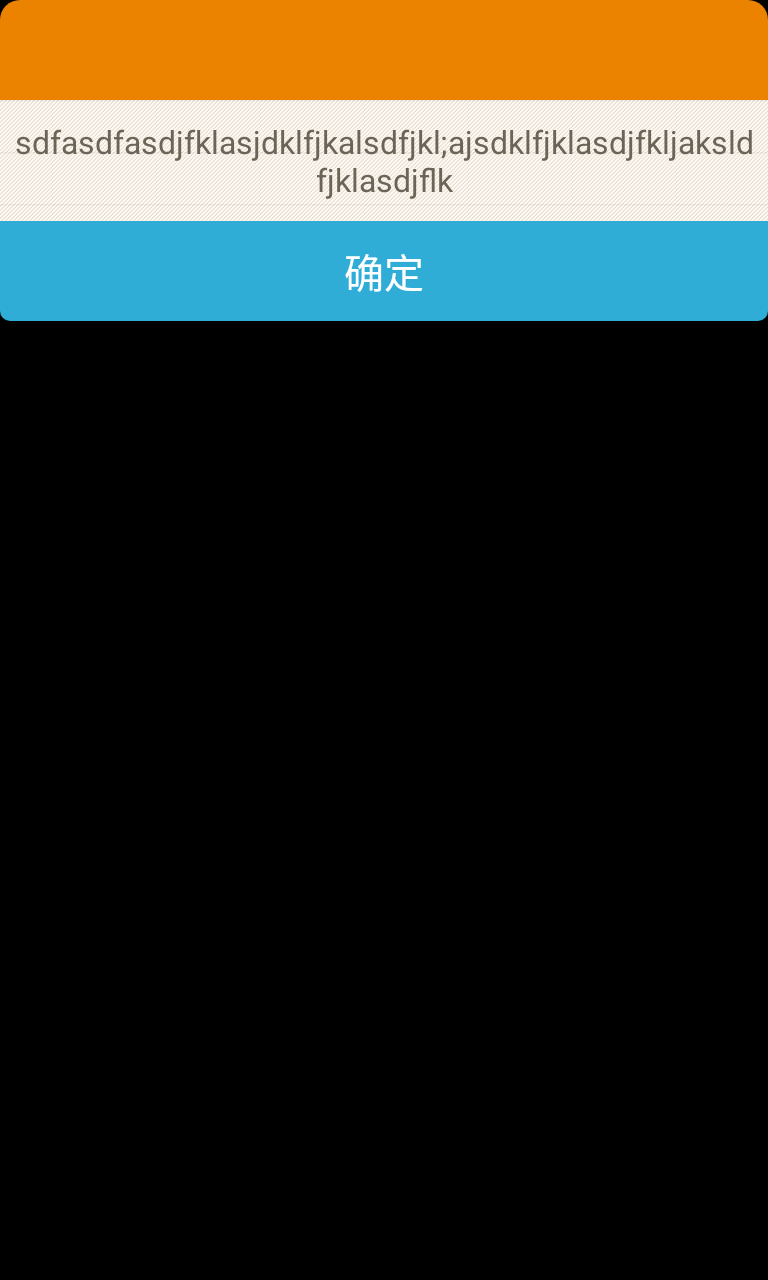
Repository: appleseedez/rongmeme-android
Layout: rmm/res/layout/new_msg_dialog.xml
An editor plug-in stored every save of this project. The layout is shown before and after a run of saves, followed by the edit.
It is drawn on a 768 x 1280 px phone screen (xhdpi) without system bars, with theme AppTheme; the app's code is not run.

Above is the layout before, as saved 2014-06-25 13:08:06.

After the next 2 saves:
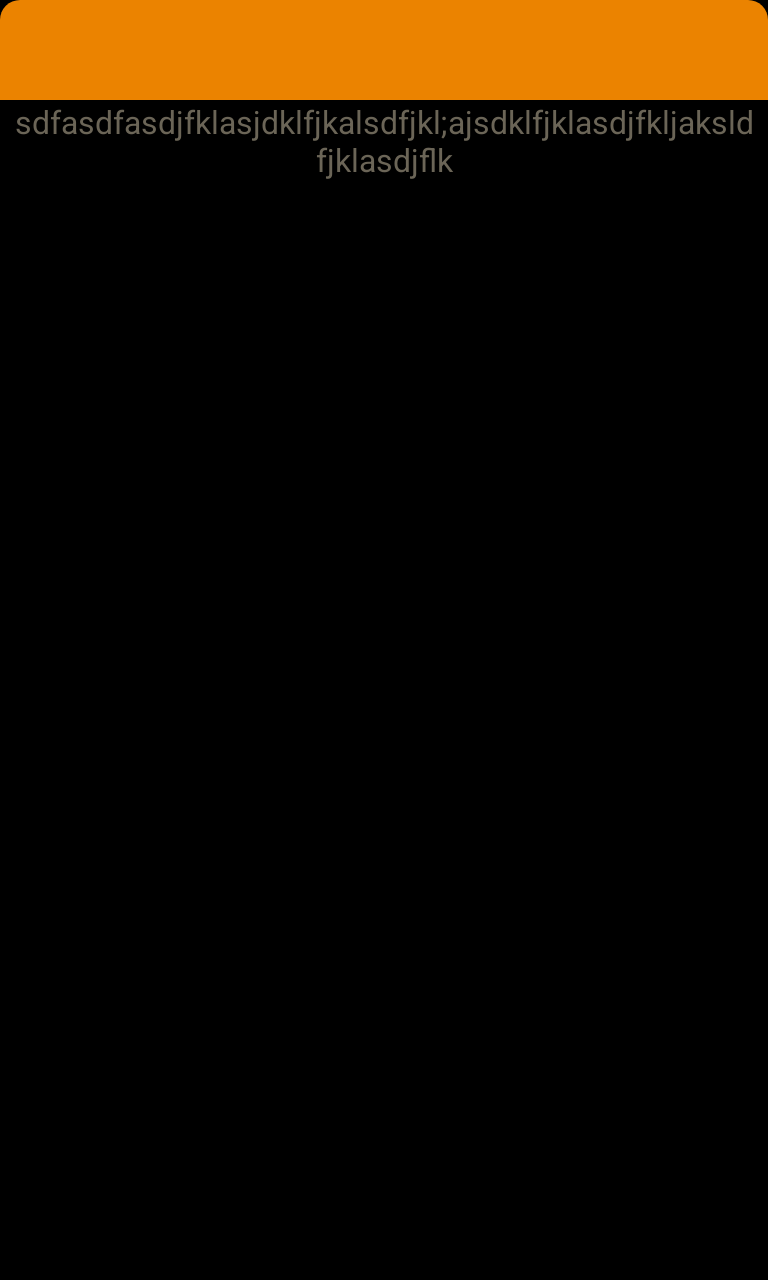
The 2 saves are shown as one change because they came seconds apart.
The last was saved 92 s later.
--- a/rmm/res/layout/new_msg_dialog.xml
+++ b/rmm/res/layout/new_msg_dialog.xml
@@ -30,49 +30,16 @@
 
     <!-- 内容区 -->
 
-    <ScrollView
-        android:layout_width="match_parent"
+    <TextView
+        android:id="@+id/nmd_msg_content_textview"
+        android:layout_width="wrap_content"
         android:layout_height="wrap_content"
-        android:scrollbars="vertical" >
-
-        <LinearLayout
-            android:layout_width="fill_parent"
-            android:layout_height="wrap_content"
-            android:background="@drawable/allbg"
-            android:gravity="center_horizontal"
-            android:orientation="vertical" >
-
-            <View
-                android:layout_width="match_parent"
-                android:layout_height="10dp"
-                android:background="@null" />
-
-            <TextView
-                android:id="@+id/nmd_msg_content_textview"
-                android:layout_width="wrap_content"
-                android:layout_height="wrap_content"
-                android:layout_marginLeft="5dp"
-                android:layout_marginRight="5dp"
-                android:gravity="center"
-                android:singleLine="false"
-                android:text="sdfasdfasdjfklasjdklfjkalsdfjkl;ajsdklfjklasdjfkljaksldfjklasdjflk"
-                android:textColor="@color/R144G140B131"
-                android:textSize="16sp" />
-
-            <View
-                android:layout_width="match_parent"
-                android:layout_height="10dp"
-                android:background="@null" />
-        </LinearLayout>
-    </ScrollView>
-
-    <Button
-        android:id="@+id/nmd_dialog_button_ok"
-        android:layout_width="match_parent"
-        android:layout_height="50dp"
-        android:background="@drawable/shape_bottom_corner_no_top"
-        android:text="确定"
-        android:textColor="@color/white"
-        android:textSize="20sp" />
+        android:layout_marginLeft="5dp"
+        android:layout_marginRight="5dp"
+        android:gravity="center"
+        android:singleLine="false"
+        android:text="sdfasdfasdjfklasjdklfjkalsdfjkl;ajsdklfjklasdjfkljaksldfjklasdjflk"
+        android:textColor="@color/R144G140B131"
+        android:textSize="16sp" />
 
 </LinearLayout>
